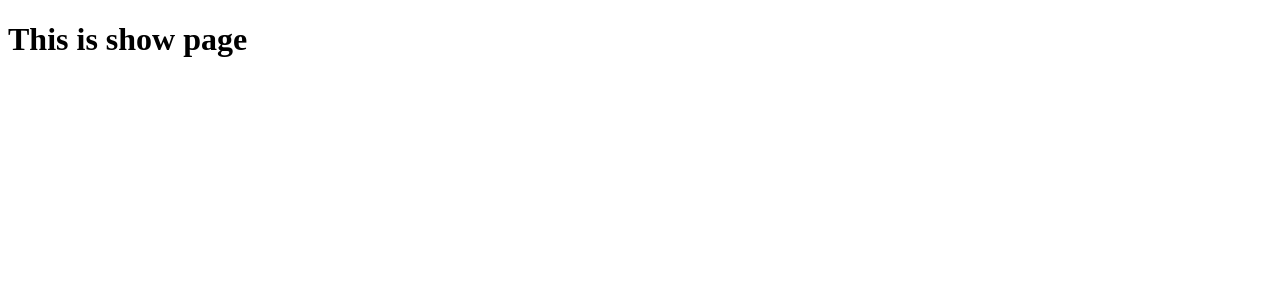
Repository: Manantop123/test
Page: http://localhost/website/show.jsp
These files come from the project's save history. The page is drawn as it stood at one moment and after the next save; the edit follows.
The browser window is 1280 px wide. The pictures show the whole page.
The page is served by Tomcat 9. Other server files are loaded and not shown.

Above is the page before, as saved 2022-10-30 11:21:00.

### website/WebContent/show.jsp
<%@ page language="java" contentType="text/html; charset=ISO-8859-1"
    pageEncoding="ISO-8859-1"%>
<!DOCTYPE html>
<html>
<head>
<meta charset="ISO-8859-1">
<title>Insert title here</title>
</head>
<body>
<h1>This is show page</h1>
</body>
</html>

After the next save:
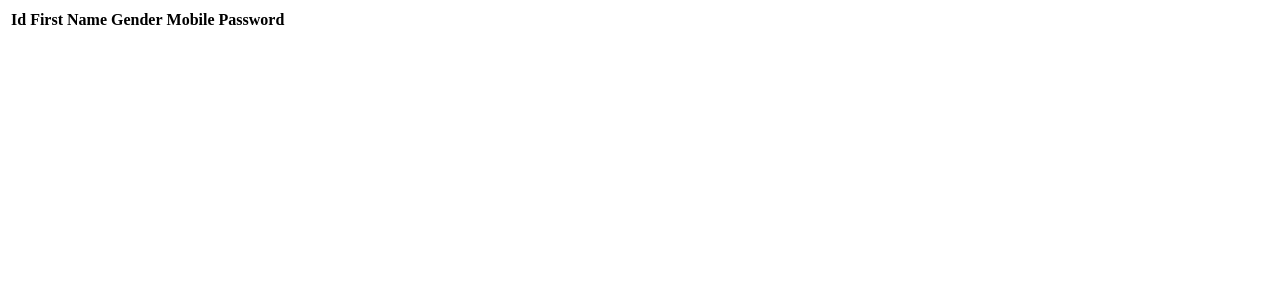
Saved 70 s later.
--- a/website/WebContent/show.jsp
+++ b/website/WebContent/show.jsp
@@ -7,6 +7,14 @@
 <title>Insert title here</title>
 </head>
 <body>
-<h1>This is show page</h1>
+<table class="tables">
+	<tr>
+		<th>Id</th>
+		<th>First Name</th>
+		<th>Gender</th>
+		<th>Mobile</th>
+		<th>Password</th>
+	</tr>
+</table>
 </body>
 </html>
